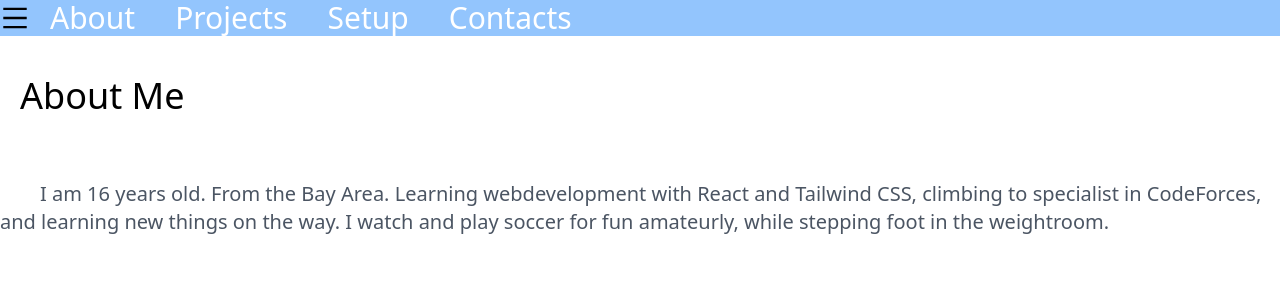
Repository: joshuayanggithub/joshua-yang-website
Page: /
The author's editor kept a copy of each file at every save. The page is drawn from the files as they stood at one save, then again after the next save.
The browser window is 1280 px wide. The pictures show the whole page.
The project was rebuilt for these pictures with package versions that can differ from the ones it lists, and the page was loaded fresh each time.

Above is the page before, as saved 2023-01-06 22:32:06.

### public/index.html
<!DOCTYPE html>
<html lang="en">
  <head>
    <meta charset="utf-8" />
    <link rel="icon" href="%PUBLIC_URL%/favicon.ico" />
    <meta name="viewport" content="width=device-width, initial-scale=1" />
    <meta name="theme-color" content="#000000" />
    <meta
      name="description"
      content="Web site created using create-react-app"
    />
    <link rel="apple-touch-icon" href="%PUBLIC_URL%/logo192.png" />
    <!--
      manifest.json provides metadata used when your web app is installed on a
      user's mobile device or desktop. See https://developers.google.com/web/fundamentals/web-app-manifest/
    -->
    <link rel="manifest" href="%PUBLIC_URL%/manifest.json" />
    <!--
      Notice the use of %PUBLIC_URL% in the tags above.
      It will be replaced with the URL of the `public` folder during the build.
      Only files inside the `public` folder can be referenced from the HTML.

      Unlike "/favicon.ico" or "favicon.ico", "%PUBLIC_URL%/favicon.ico" will
      work correctly both with client-side routing and a non-root public URL.
      Learn how to configure a non-root public URL by running `npm run build`.
    -->
    <title>Joshua Yang</title>
  </head>
  <body>
    <noscript>You need to enable JavaScript to run this app.</noscript>
    <div id="root"></div>
    <!--
      This HTML file is a template.
      If you open it directly in the browser, you will see an empty page.

      You can add webfonts, meta tags, or analytics to this file.
      The build step will place the bundled scripts into the <body> tag.

      To begin the development, run `npm start` or `yarn start`.
      To create a production bundle, use `npm run build` or `yarn build`.
    -->
  </body>
</html>

### src/App.js
import NavBar from "./components/NavBar";
import About from "./components/About";
import Contacts from "./components/Contacts";
import Setup from "./components/Setup";
import Projects from "./components/Projects";

function App() {
  return (
    <>
      <NavBar />
      <About />
      <Contacts />
      <Projects />
      <Setup />
    </>
  );
}

export default App;

### src/components/NavBar.jsx
import React from "react";
import {AiOutlineMenu} from 'react-icons/ai'

const NavBar = () => {
  const links = [
    {'id': 1, 'name': 'About'},
    {'id': 2, 'name': 'Projects'},
    {'id': 3, 'name': 'Setup'},
    {'id': 4, 'name': 'Contacts'}
  ]

  return (
    <div class="flex bg-blue-300 items-center">
      <div>
        <AiOutlineMenu size={30}></AiOutlineMenu>
      </div>

      <ul class="flex">
        {
          links.map((links) =>
            <li>
              <a href='#About' class="text-3xl flex text-white px-5">{links.name}</a>
            </li>
          )
        }
      </ul>

    </div>
  );
};

export default NavBar;

### src/components/About.jsx
import React from 'react'

const About = () => {
  return (
    <div class="flex flex-col">
      <h1 class="text-black text-4xl float-left px-5 my-10">About Me</h1>
      <br></br>
      <p class="indent-10 text-gray-600 text-xl">I am 16 years old. From the Bay Area. Learning webdevelopment with React and Tailwind CSS, climbing to specialist in CodeForces, and learning new things on the way. I watch and play soccer for fun amateurly, while stepping foot in the weightroom. </p>
    </div>
  );
}

export default About

### src/components/Contacts.jsx
import React from 'react'

const Contacts = () => {
  return (
    <div>

    </div>
  );
}

export default Contacts

### src/components/Setup.jsx
import React from 'react'

const Setup = () => {
  return (
    <div>

    </div>
  );
}

export default Setup

### src/components/Projects.jsx
import React from 'react'

const Projects = () => {
  return (
    <div class="flex flex-col">

    </div>
  );
}

export default Projects

### tailwind.config.js
/** @type {import('tailwindcss').Config} */
module.exports = {
  content: [
    "./src/components/*.{html,js,jsx}",
    "./src/**/*.{html,js,jsx}",
  ],
  theme: {
    extend: {},
  },
  plugins: [],
}

Loaded but not shown: src/index.js (common file); src/index.css (common file)

After the next save:
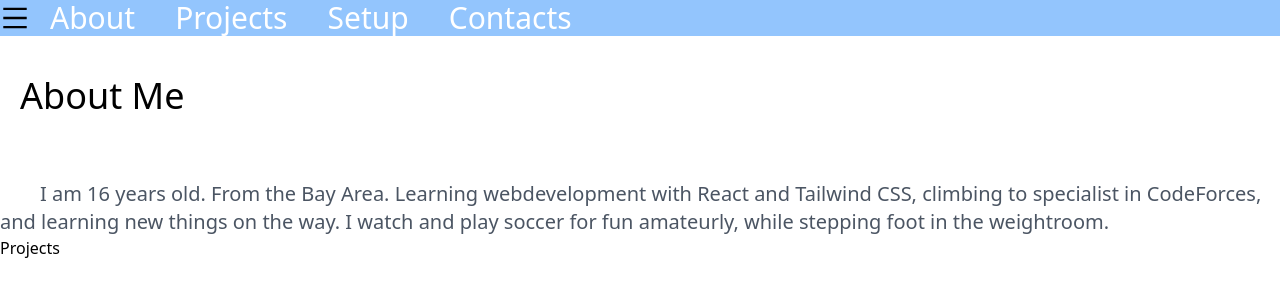
Saved 13 s later.
--- a/src/components/Projects.jsx
+++ b/src/components/Projects.jsx
@@ -3,7 +3,8 @@ import React from 'react'
 const Projects = () => {
   return (
     <div class="flex flex-col">
-
+      <h1>Projects</h1>
+      <p></p>
     </div>
   );
 }
